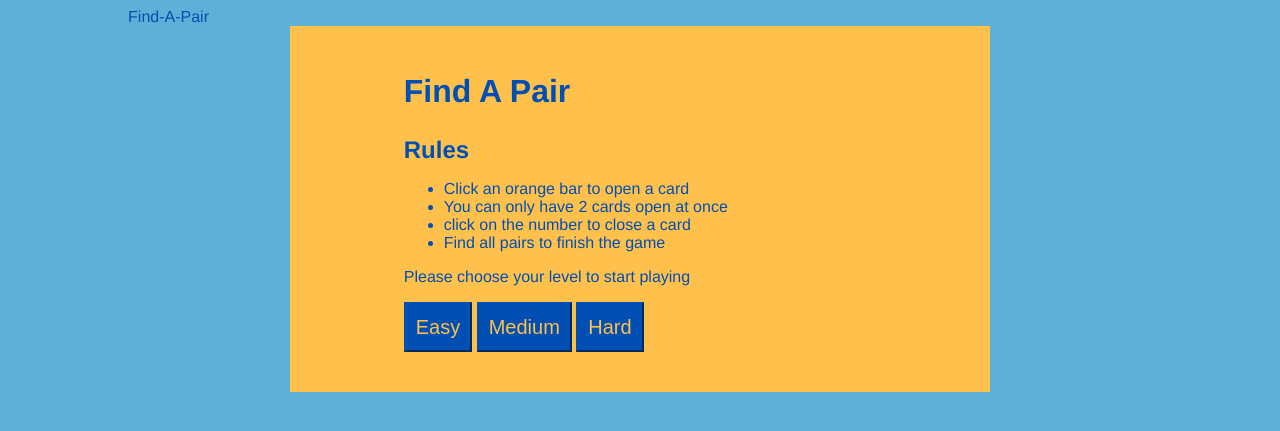
Repository: beck410/find-a-pair
Page: pair.html
The author's editor kept a record of every edit. The page is drawn from the files as they stood at one moment, then again after the next edit.
The browser window is 1280 px wide. The pictures show the whole page.

Above is the page before.

After the next edit:
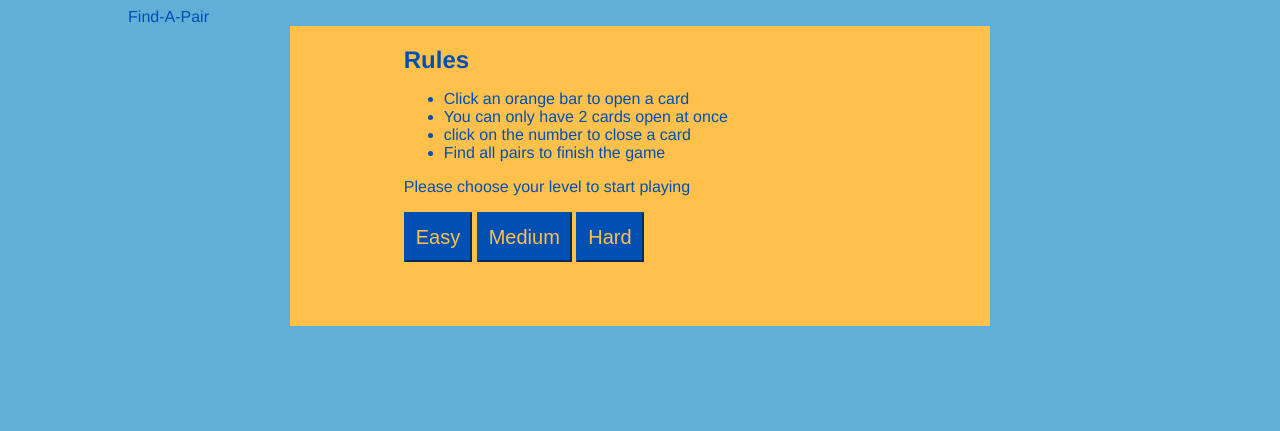
The edit:
--- a/pair.html
+++ b/pair.html
@@ -21,7 +21,6 @@
 <div id="name">Find-A-Pair</div>
 <!-- START SCREEN -->
     <div id="start">
-        <h1>Find A Pair</h1>
         <h2>Rules</h2>
         <ul>
             <li>Click an orange bar to open a card</li>
